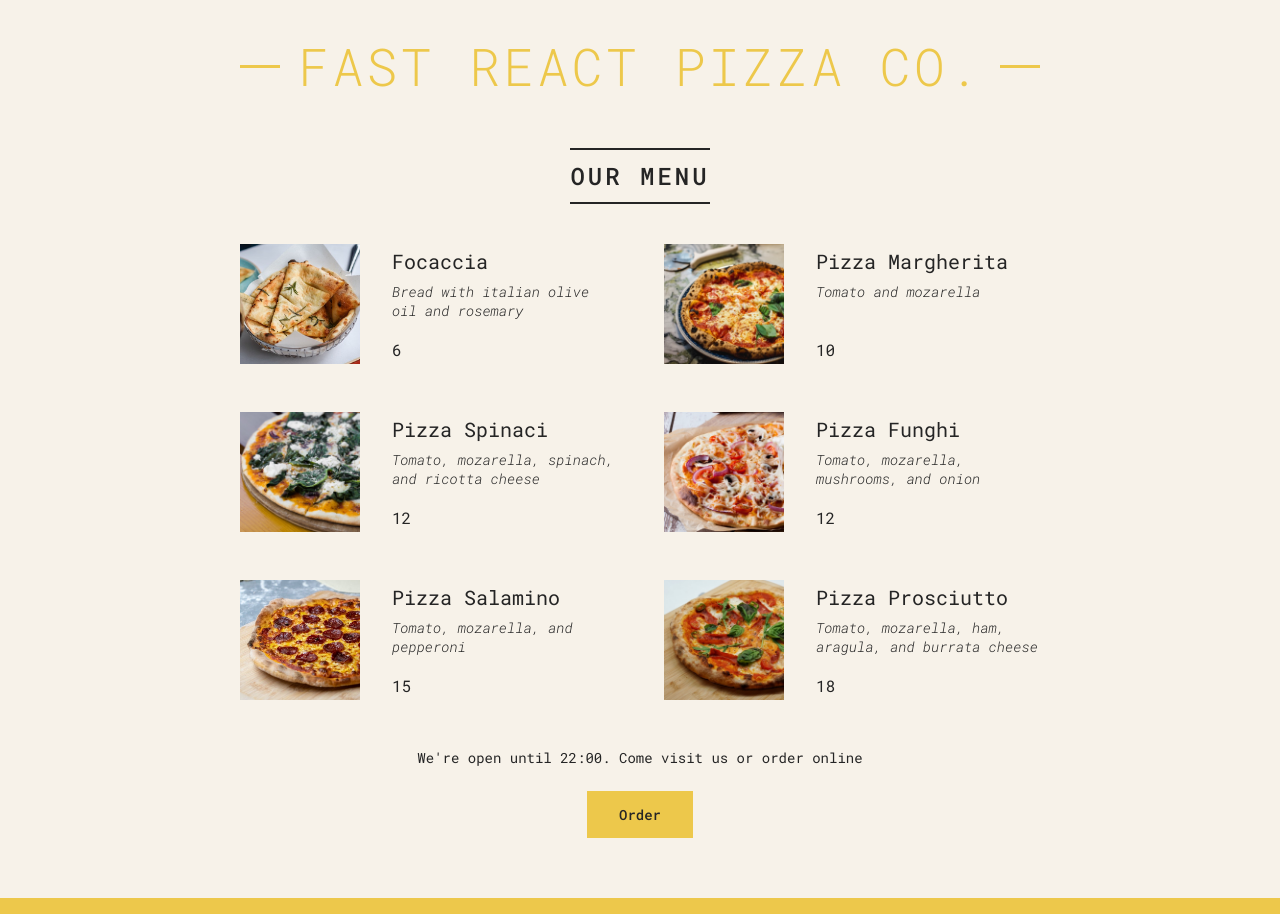
Repository: ahmedharidy/First-React-App
Page: /
These files come from the project's save history. The page is drawn as it stood at one moment and after the next save; the edit follows.
The browser window is 1280 px wide. The pictures show the whole page.
The project was rebuilt for these pictures with package versions that can differ from the ones it lists, and the page was loaded fresh each time.

Above is the page before, as saved 2026-09-23 01:20:12.

After the next save:
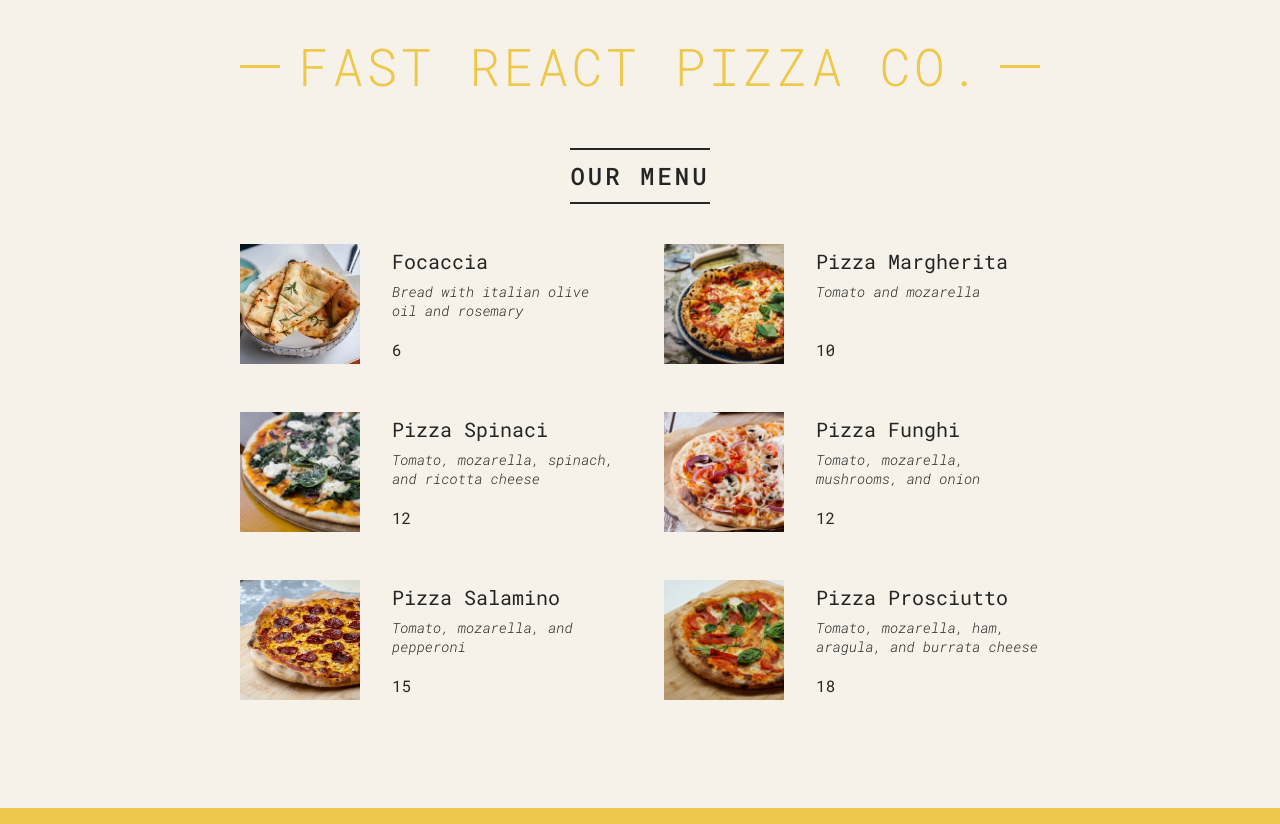
Saved 8 s later.
--- a/src/index.js
+++ b/src/index.js
@@ -112,7 +112,7 @@
 
 function Footer() {
   const hour = new Date().getHours();
-  const openHour = 5;
+  const openHour = 20;
   const closeHour = 22;
   const isOpen = hour >= openHour && hour <= closeHour;
   console.log(isOpen);

After the 5 saves that followed:
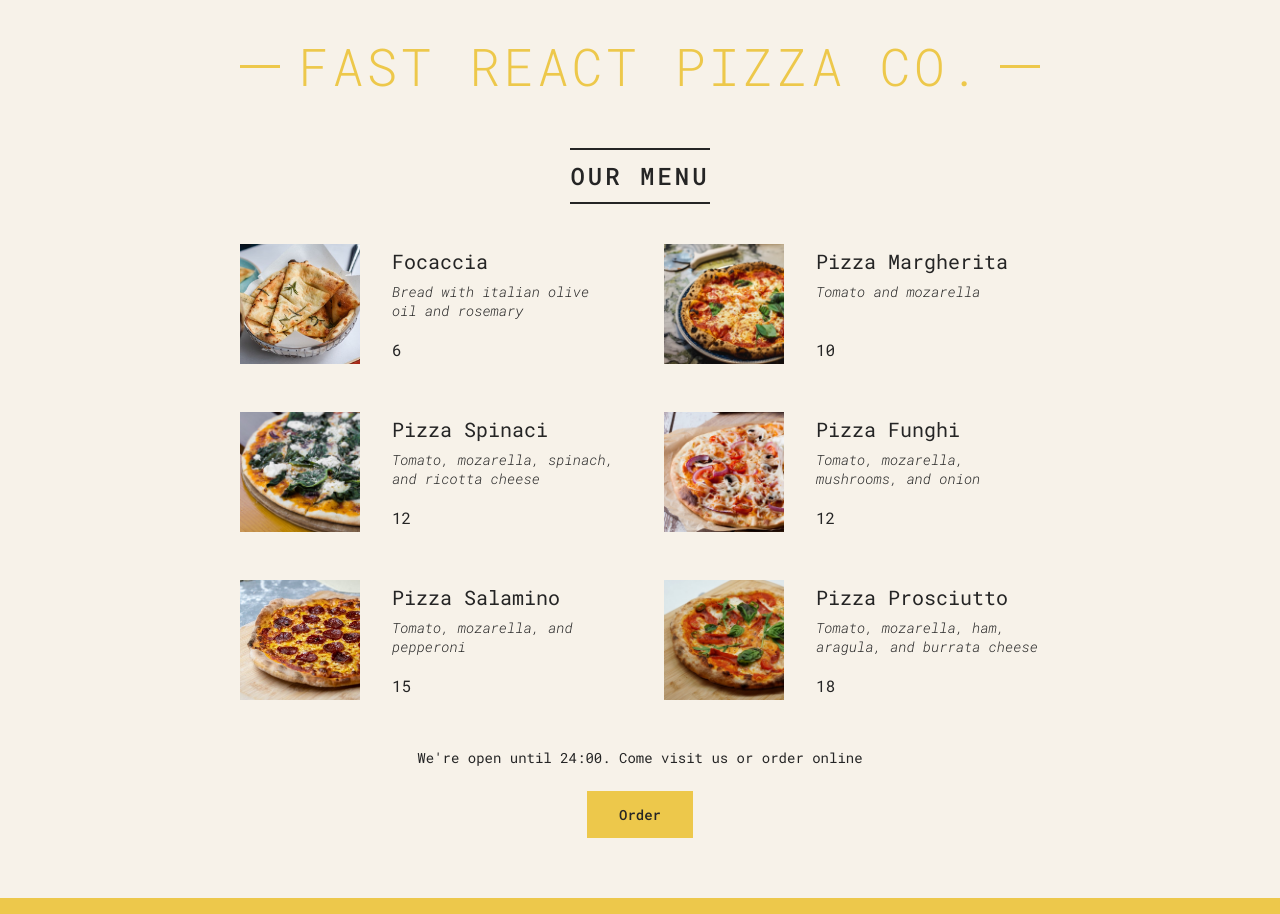
The 5 saves are shown as one change because 4 left the picture as it was.
The last was saved 107 s later.
--- a/src/index.js
+++ b/src/index.js
@@ -112,8 +112,9 @@
 
 function Footer() {
   const hour = new Date().getHours();
-  const openHour = 20;
-  const closeHour = 22;
+  console.log(hour);
+  const openHour = 1;
+  const closeHour = 24;
   const isOpen = hour >= openHour && hour <= closeHour;
   console.log(isOpen);
   //   if (hour >= openHour && hour <= closeHour) alert("were currently open!");
